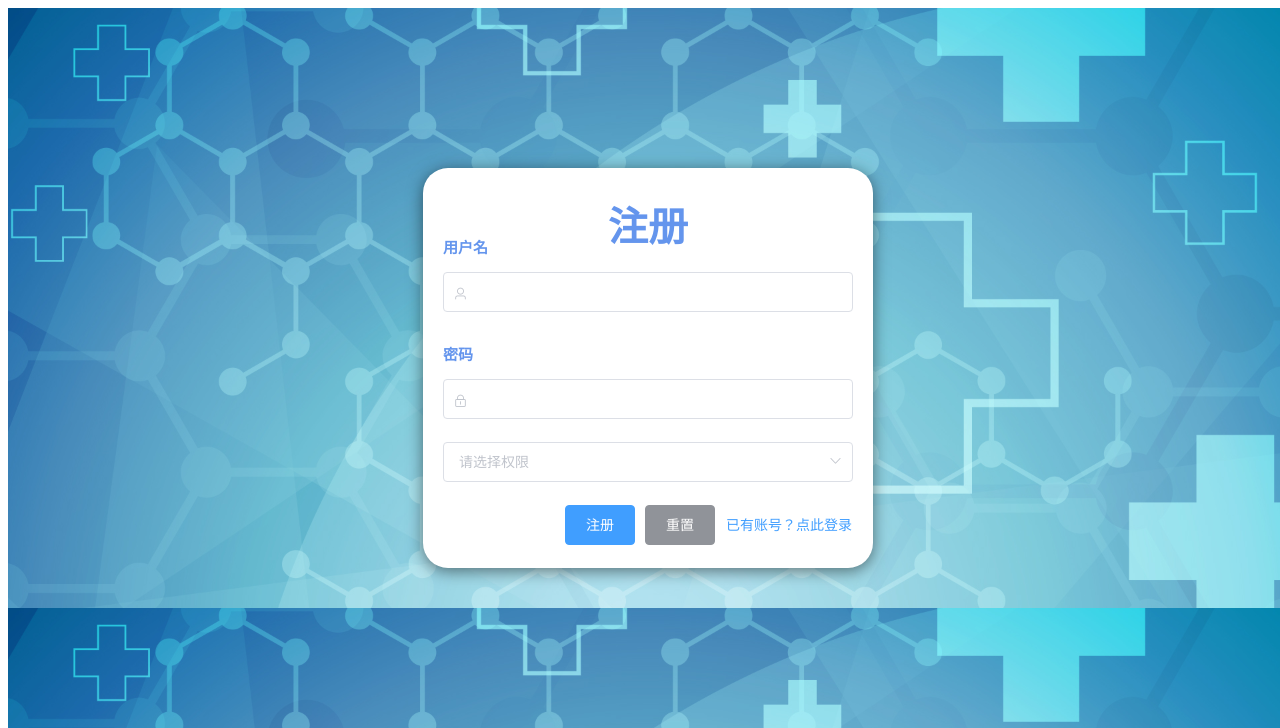
Repository: ShaoCHis/WEB-SOA-frontEnd
Page: /#/register
An editor plug-in stored every save of this project. The page is shown before and after the next save, followed by the edit.
The browser window is 1280 px wide. The pictures show the whole page.
The project was rebuilt for these pictures with package versions that can differ from the ones it lists, and the page was loaded fresh each time. Also part of the build but not shown: src/components/Login.vue, src/components/test.vue, src/components/test2.vue, src/components/Admin/ManagePage.vue, src/components/Hospital/HMainPage.vue, src/components/Patient/MainPage.vue.

Above is the page before, as saved 2021-11-16 18:54:49.

### src/main.js
import Vue from 'vue'
import App from './App.vue'
import router from './router'
import axios from 'axios'//axios
import './plugins/element.js'
import './assets/icon/iconfont.css'
Vue.config.productionTip = false
Vue.prototype.$axios = axios//axios

new Vue({
  router,
  render: h => h(App),
  template: '<App/>'
}).$mount('#app')



//import ElementUI from 'element-ui' //element-ui的全部组件
//import 'element-ui/lib/theme-chalk/index.css'//element-ui的css
//Vue.use(ElementUI) //使用elementUI

/* eslint-disable no-new */
// new Vue({
//   el: '#app',
//   router,
//   components: { App },
//   template: '<App/>'
// })

### src/App.vue
<template>
  <div id="app">
      <router-view v-if="isRouterAlive" />
  </div>
</template>

<script>


export default {
  name:"app",
  provide(){
		return{
			reload:this.reload
		}
	},
data(){
		return{
			isRouterAlive:true
		}
	},
	methods: {
		reload() {
			this.isRouterAlive=false
			this.$nextTick(function(){
				this.isRouterAlive=true
			})
		}
  }
};
</script>

<style>
html,body,#app{

 height: 100%;

}
</style>

### src/router/index.js
import Vue from 'vue'
import Router from 'vue-router'
// import Login from '@/components/Login'
// import Result from '@/components/Result'
import Login from '../components/Login.vue'
import test from '../components/test.vue'
import test2 from '../components/test2.vue'
import Register from '../components/Register.vue'
import ManagePage from '../components/Admin/ManagePage.vue'
import HMainPage from '../components/Hospital/HMainPage.vue'
import MainPage from '../components/Patient/MainPage.vue'

Vue.use(Router)

export default new Router({
  routes: [
    { path: '/', component: Login},
    { path: '/login', component: Login},
    { path: '/register', component: Register},
    { path: '/managepage', component: ManagePage},
    { path: '/hmainpage', component: HMainPage},
    { path: '/mainpage', component: MainPage},
    { path: '/test', component: test},
    { path: '/test2', component: test2},
  ]
})

### src/plugins/element.js
import Vue from 'vue'
import 'element-ui/lib/theme-chalk/index.css'
import {
  Avatar,
  Pagination,
  Dialog,
  Autocomplete,
  Dropdown,
  DropdownMenu,
  DropdownItem,
  Menu,
  Submenu,
  MenuItem,
  MenuItemGroup,
  Input,
  InputNumber,
  Radio,
  RadioGroup,
  RadioButton,
  Checkbox,
  CheckboxButton,
  CheckboxGroup,
  Switch,
  Select,
  Option,
  OptionGroup,
  Button,
  ButtonGroup,
  Table,
  Divider,
  TableColumn,
  DatePicker,
  TimeSelect,
  TimePicker,
  Popover,
  Tooltip,
  Breadcrumb,
  BreadcrumbItem,
  Form,
  FormItem,
  Tabs,
  TabPane,
  Tag,
  Tree,
  Alert,
  Slider,
  Icon,
  Row,
  Col,
  Upload,
  Progress,
  Spinner,
  Badge,
  Card,
  Rate,
  Steps,
  Step,
  Carousel,
  CarouselItem,
  Collapse,
  CollapseItem,
  Cascader,
  ColorPicker,
  Transfer,
  Container,
  Header,
  Aside,
  Main,
  Footer,
  Timeline,
  TimelineItem,
  Link,
  Image,
  Calendar,
  Backtop,
  PageHeader,
  CascaderPanel,
  Loading,
  MessageBox,
  Message,
  Notification,
  Popconfirm
} from 'element-ui';
Vue.use(Avatar);
Vue.use(Pagination);
Vue.use(Dialog);
Vue.use(Autocomplete);
Vue.use(Dropdown);
Vue.use(DropdownMenu);
Vue.use(DropdownItem);
Vue.use(Menu);
Vue.use(Submenu);
Vue.use(MenuItem);
Vue.use(MenuItemGroup);
Vue.use(Input);
Vue.use(InputNumber);
Vue.use(Radio);
Vue.use(RadioGroup);
Vue.use(RadioButton);
Vue.use(Checkbox);
Vue.use(CheckboxButton);
Vue.use(CheckboxGroup);
Vue.use(Switch);
Vue.use(Select);
Vue.use(Option);
Vue.use(OptionGroup);
Vue.use(Button);
Vue.use(ButtonGroup);
Vue.use(Table);
Vue.use(Divider);
Vue.use(TableColumn);
Vue.use(DatePicker);
Vue.use(TimeSelect);
Vue.use(TimePicker);
Vue.use(Popover);
Vue.use(Popconfirm);
Vue.use(Tooltip);
Vue.use(Breadcrumb);
Vue.use(BreadcrumbItem);
Vue.use(Form);
Vue.use(FormItem);
Vue.use(Tabs);
Vue.use(TabPane);
Vue.use(Tag);
Vue.use(Tree);
Vue.use(Alert);
Vue.use(Slider);
Vue.use(Icon);
Vue.use(Row);
Vue.use(Col);
Vue.use(Upload);
Vue.use(Progress);
Vue.use(Spinner);
Vue.use(Badge);
Vue.use(Card);
Vue.use(Rate);
Vue.use(Steps);
Vue.use(Step);
Vue.use(Carousel);
Vue.use(CarouselItem);
Vue.use(Collapse);
Vue.use(CollapseItem);
Vue.use(Cascader);
Vue.use(ColorPicker);
Vue.use(Transfer);
Vue.use(Container);
Vue.use(Header);
Vue.use(Aside);
Vue.use(Main);
Vue.use(Footer);
Vue.use(Timeline);
Vue.use(TimelineItem);
Vue.use(Link);
Vue.use(Divider);
Vue.use(Image);
Vue.use(Calendar);
Vue.use(Backtop);
Vue.use(PageHeader);
Vue.use(CascaderPanel);

Vue.use(Loading.directive);

Vue.prototype.$loading = Loading.service;
Vue.prototype.$msgbox = MessageBox;
Vue.prototype.$alert = MessageBox.alert;
Vue.prototype.$confirm = MessageBox.confirm;
Vue.prototype.$prompt = MessageBox.prompt;
Vue.prototype.$notify = Notification;
Vue.prototype.$message = Message;

### src/assets/icon/iconfont.css
@font-face {
  font-family: "iconfont"; /* Project id 2933034 */
  src: url('iconfont.woff2?t=1636685974259') format('woff2'),
       url('iconfont.woff?t=1636685974259') format('woff'),
       url('iconfont.ttf?t=1636685974259') format('truetype');
}

.iconfont {
  font-family: "iconfont" !important;
  font-size: 16px;
  font-style: normal;
  -webkit-font-smoothing: antialiased;
  -moz-osx-font-smoothing: grayscale;
}

.icon-xiaozu:before {
  content: "\e69a";
  font-size: 18px;
  margin-right: 3px;
  margin-top:2px;
}

### src/components/Register.vue
<template>
<div>
    <div class="register_container" >
        <div class="register_box">
            <div class="tip">
             <h1>注册</h1>
            </div>
            <!-- 头像区域 -->
            <!-- <div class="avatar_box">
               <img src="../assets/back.jpg" alt="">
            </div> -->
            <!-- 登录表单 -->
            <el-form ref="registerFormRef" :model="registerForm" :rules="registerFormRules" label-width="0px" class="register_form">
                <!-- 用户名 -->
                <div class="item-name">
                        <p>用户名</p>
                    </div>
                <el-form-item prop="userid" class="item-props">
                     <el-input v-model="registerForm.userid" prefix-icon="el-icon-user"></el-input>
                </el-form-item>
                <!-- 密码 -->
                <div class="item-name">
                        <p>密码</p>
                    </div>
                <el-form-item prop="password">
                     <el-input v-model="registerForm.password" prefix-icon="el-icon-lock"
                     type="password"></el-input>
                </el-form-item>
                <!-- 身份 -->
                <el-form-item prop="role"  >
                   <el-select v-model="registerForm.role" @change="searchSelect(registerForm.role)" placeholder="请选择权限"  style="width:100%" prefix>
                      <el-option v-for="item in options"
                       :key="item.role"
                       :label="item.label"
                       :value="item.role">
                       </el-option>
                  </el-select>
                </el-form-item>

                <!-- 按钮区域 -->
                <el-form-item class="btns">
                     <el-button type="primary" @click="register">注册</el-button>
                     <el-button type="info" @click="resetregisterForm">重置</el-button>
                     <el-button type="text" @click="login">已有账号？点此登录</el-button>
                </el-form-item>
            </el-form>

        </div>
    </div>
</div>
</template>

<script>
export default {

    data(){
        return{

           registerForm:{
                userid:'',
                password:'',
                role:'',
            },
            options: [
                {label:"学生",role:'Student'},
                     { label:"教师" ,role:"Teacher"},
                     {label:"管理员", role:"Admin"}],


            registerFormRules:{
                userid:[{required: true, message: '请输入登录账号', trigger: "blur" },
                { min: 4, max: 10, message: '长度在 5 到 10 个字符', trigger: "blur"}
                ],
                password:[{required: true, message: '请输入登录密码', trigger: "blur" },
                { min: 3, max: 15, message: '长度在 5 到 15 个字符', trigger: "blur"}]
            },
            searchSelect(val){
                console.log(val)
                this.value = val
                console.log(this.registerForm)
            },

        };

  },
  methods:{
      //重置按钮
      resetRegisterForm(){
         // console.log(this)
          this.$refs.registerFormRef.resetFields();
      },
      register(){
        //  if(this.value=="Student") this.$router.push('/mainpage');
        //  if(this.value=="Teacher") this.$router.push('/tmainpage');
        //  if(this.value=="Admin") this.$router.push('/managepage');
      },
      login(){
          this.$router.push('/login');
      },
  }

};

</script>

<style lang="less" scoped>
.tip{
          color: cornflowerblue;
          font-size: 20px;
          font-weight: bold;
          text-align: center;
          margin-bottom: 30px;
}

.register_container{
    background-color: #5c2c948c;
    background-image:url('../assets/back.jpeg');
    background-size: 100%,100%;
    height: 100%;
    width: 100%;
    position: fixed;
}

.register_box{
    width:450px;
    // height:340px;
    height:400px;
    background-color: #fff;
    border-radius: 25px;
    position:absolute;
    left:50%;
    top:50%;
    transform: translate(-50%,-50%);
    box-shadow: 0 3px 16px rgba(0, 0, 0, 0.5);
    .avatar_box{
        height:110px;
        width:110px;
        border:1px solid #eee;
        border-radius:50%;
        padding:5px;
        box-shadow:0 0 2px #ddd;
        position: absolute;
        left: 50%;
        transform: translate(-50%,-50%);
        background-color: #fff;
        img{
            width:100%;
            height:100%;
            border-radius: 50%;
            background-color: #eee;
        }
    }
}
.register_form{
    position:absolute;
    bottom:0;
    width: 100%;
    padding:0 20px;
    box-sizing: border-box;

}

.item-props{
   margin-bottom: 30px ;
}

.item-name{
    color: cornflowerblue;
    font-size: 15px;
    font-weight: bold;
    //text-align: center;
    // padding:10 ;
    top: auto;
    //margin-bottom: 30px;
}

.btns{
   display:flex;
   justify-content: flex-end;
}


</style>

Loaded but not shown: public/index.html (common file)

After the next save:
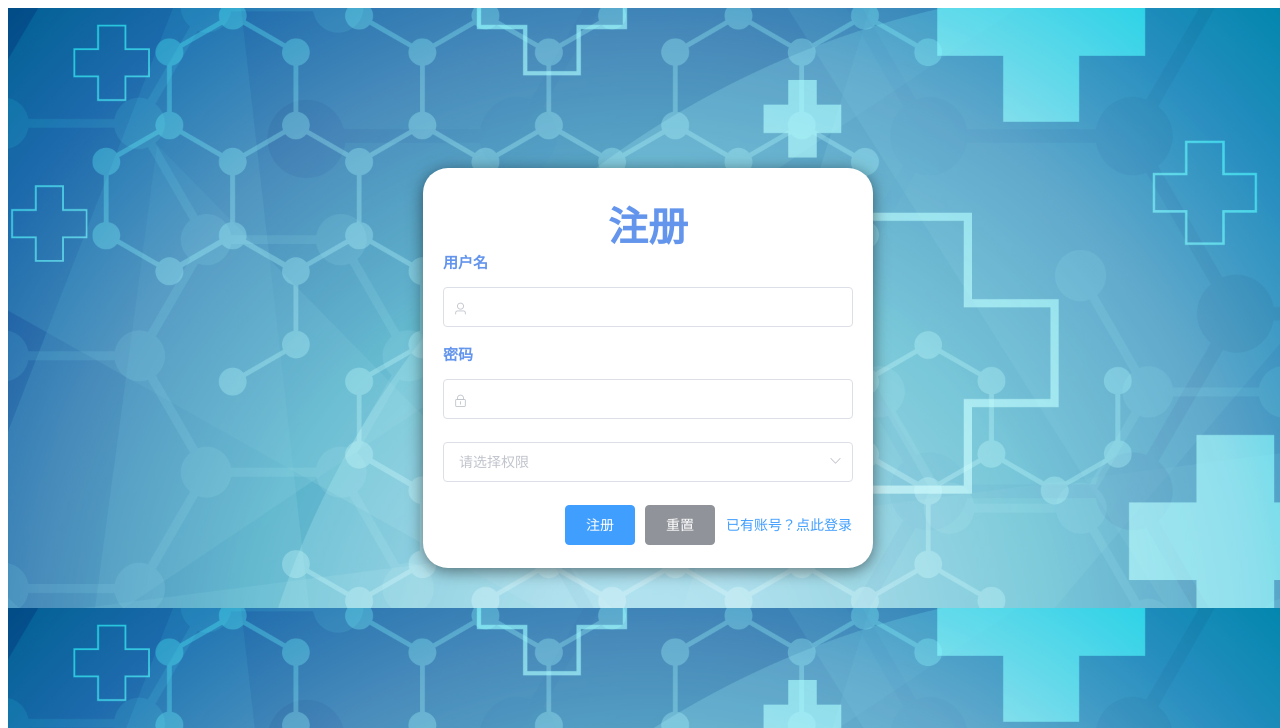
Saved 7 s later.
--- a/src/components/Register.vue
+++ b/src/components/Register.vue
@@ -161,7 +161,7 @@ export default {
 }
 
 .item-props{
-   margin-bottom: 30px ;
+   margin-bottom: 0 ;
 }
 
 .item-name{
